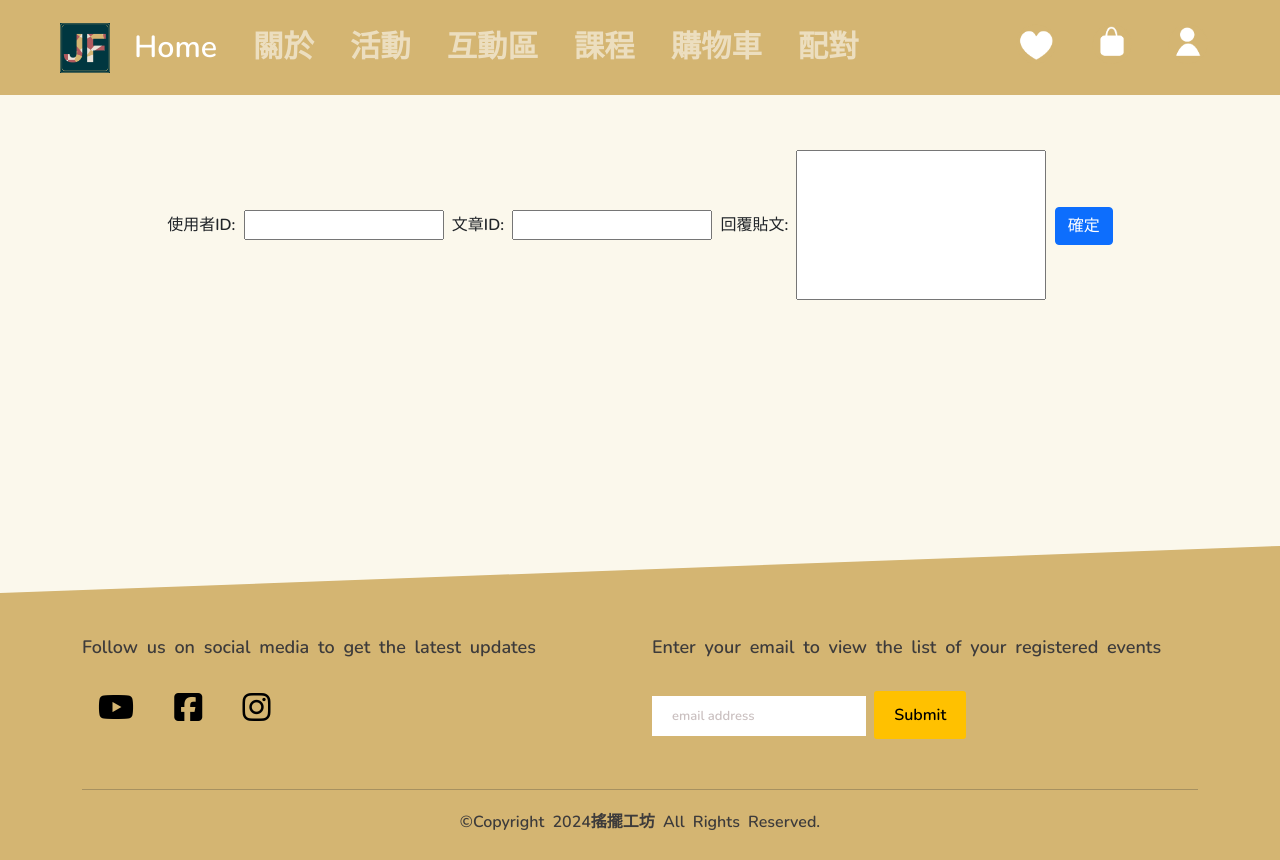
Repository: mmmooonnn0211/project
Page: workspace/demoSpringBoot-1/src/main/resources/static/html/ReplyInsertFront.html
The author's editor kept a copy of each file at every save. The page is drawn from the files as they stood at one save, then again after the next save.
The browser window is 1280 px wide. The pictures show the whole page.
Some web libraries are served in a nearby version.

Above is the page before, as saved 2024-05-07 14:14:19.

After the next save:
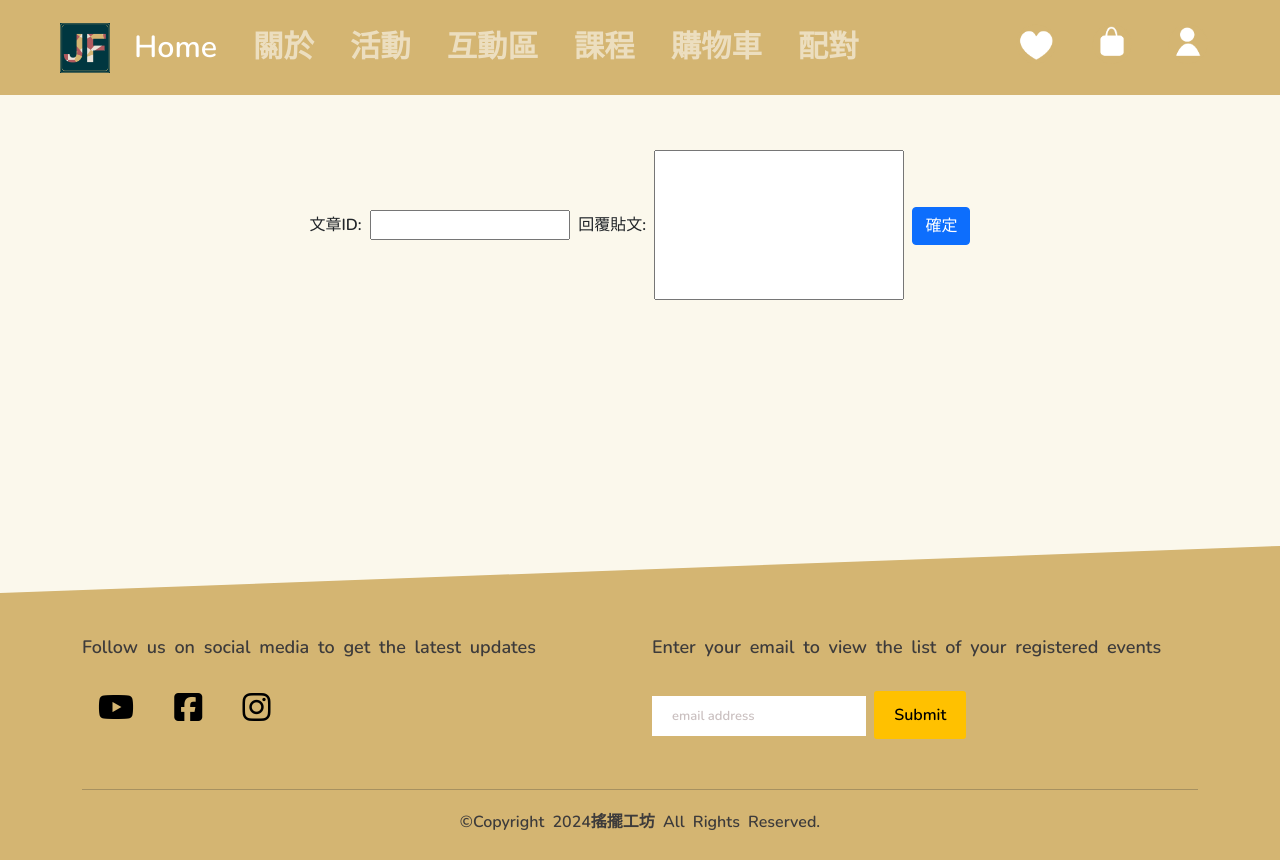
Saved 3 h 35 min later.
--- a/workspace/demoSpringBoot-1/src/main/resources/static/html/ReplyInsertFront.html
+++ b/workspace/demoSpringBoot-1/src/main/resources/static/html/ReplyInsertFront.html
@@ -44,8 +44,8 @@
 			<form method="post" action="/ReplyinsertFront.controller" onsubmit="return validateForm();">
 
 				<div>
-					<label for="userId">使用者ID:</label>
-					<input type="text" id="userId" name="userId" style="width: 200px;" />
+					<!--					<label for="userId">使用者ID:</label>-->
+					<!--					<input type="text" id="userId" name="userId" style="width: 200px;" />-->
 
 					<label for="LTId">文章ID:</label>
 					<input type="text" id="LTId" name="LTId" style="width: 200px;" />
